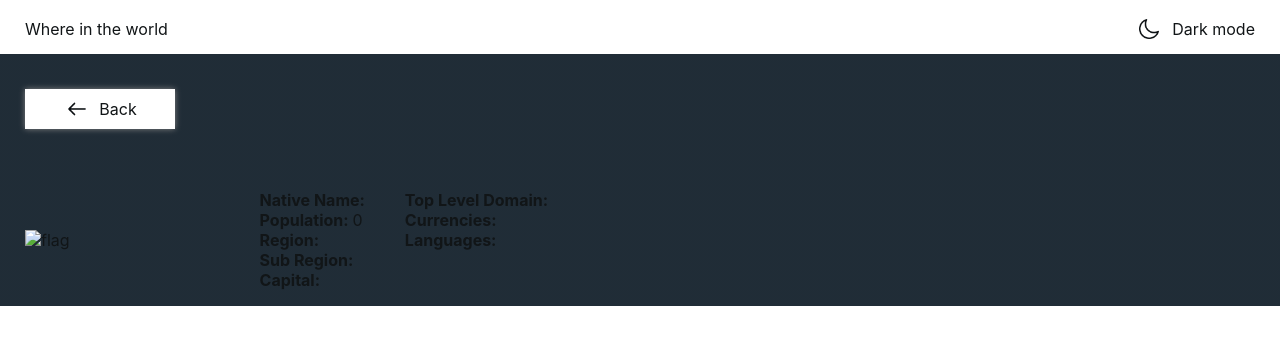
Repository: faithandjs/rest-countries-api
Page: /details
These files come from the project's save history. The page is drawn as it stood at one moment and after the next save; the edit follows.
The browser window is 1280 px wide. The pictures show the whole page.
The page's requests for data from a server got no answer. The project was rebuilt for these pictures with package versions that can differ from the ones it lists, and the page was loaded fresh each time. No one was signed in, and anything a server would have sent is missing. Also part of the build but not shown: src/components/home.tsx.

Above is the page before, as saved 2022-04-16 01:24:38.

After the next save:
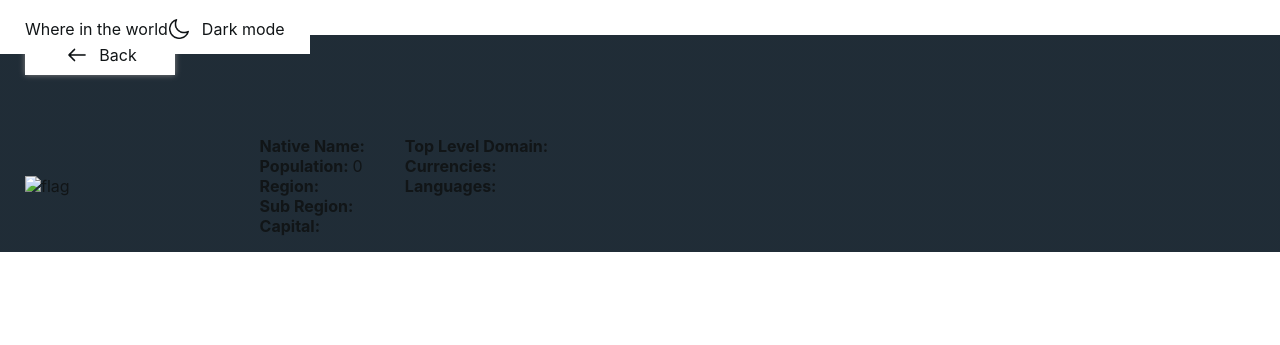
Saved 65 s later.
--- a/src/components/style/style.scss
+++ b/src/components/style/style.scss
@@ -65,6 +65,9 @@
     justify-content: space-between;
     padding: 15px 25px;
     align-items: baseline;
+    position: fixed;
+    top: 0;
+    left: 0;
     img{
         width: 20px;
         padding: 0 13px 0 1px ;

After the save that followed:
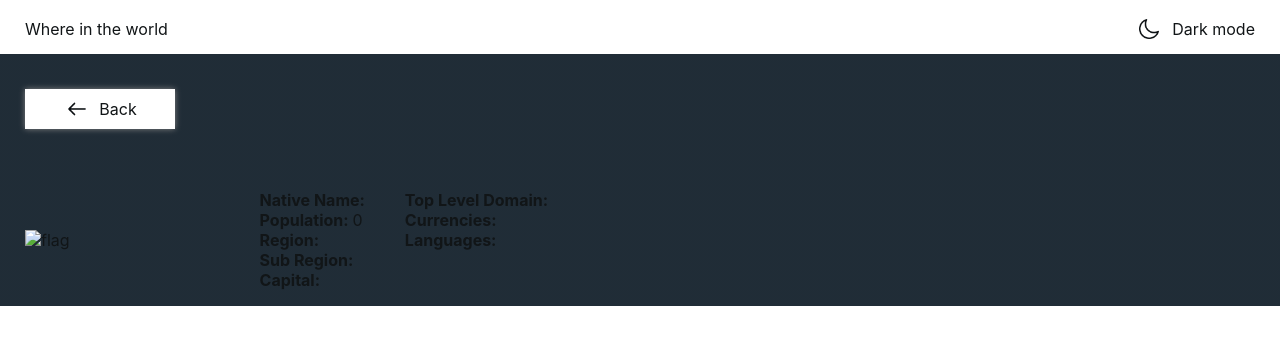
Saved 2 min 26 s later.
--- a/src/components/style/style.scss
+++ b/src/components/style/style.scss
@@ -65,9 +65,9 @@
     justify-content: space-between;
     padding: 15px 25px;
     align-items: baseline;
-    position: fixed;
+    /*position: fixed;
     top: 0;
-    left: 0;
+    left: 0;*/
     img{
         width: 20px;
         padding: 0 13px 0 1px ;
